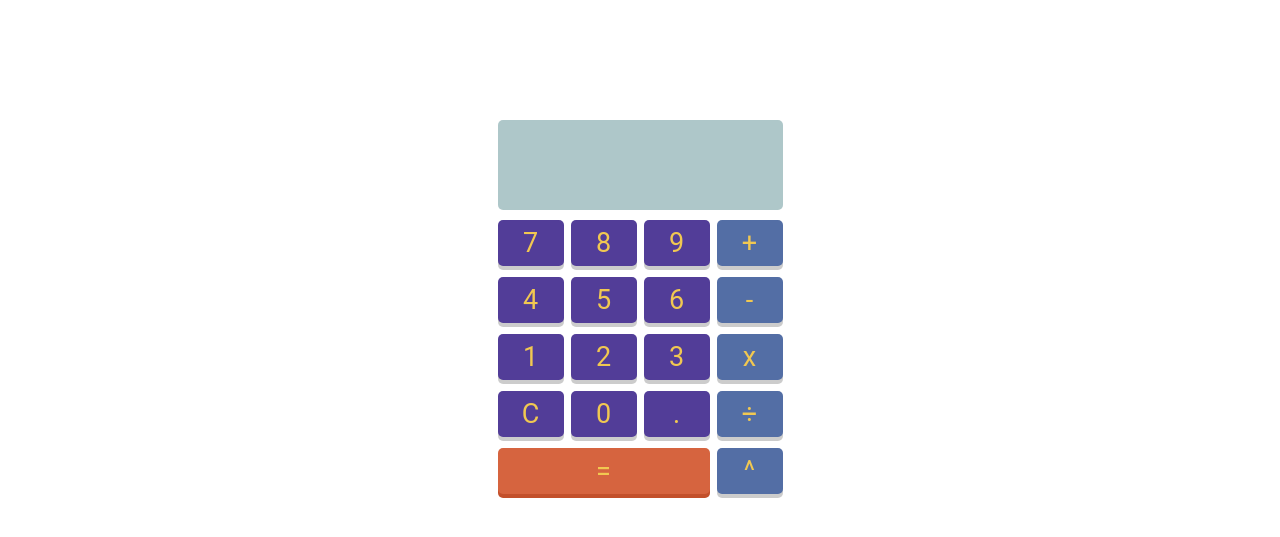
Repository: arjay07/AlineNotebook
Page: app/views/calculator.html
The author's editor kept a record of every edit. The page is drawn from the files as they stood at one moment, then again after the next edit.
The browser window is 1280 px wide. The pictures show the whole page.

Above is the page before.

After the next edit:
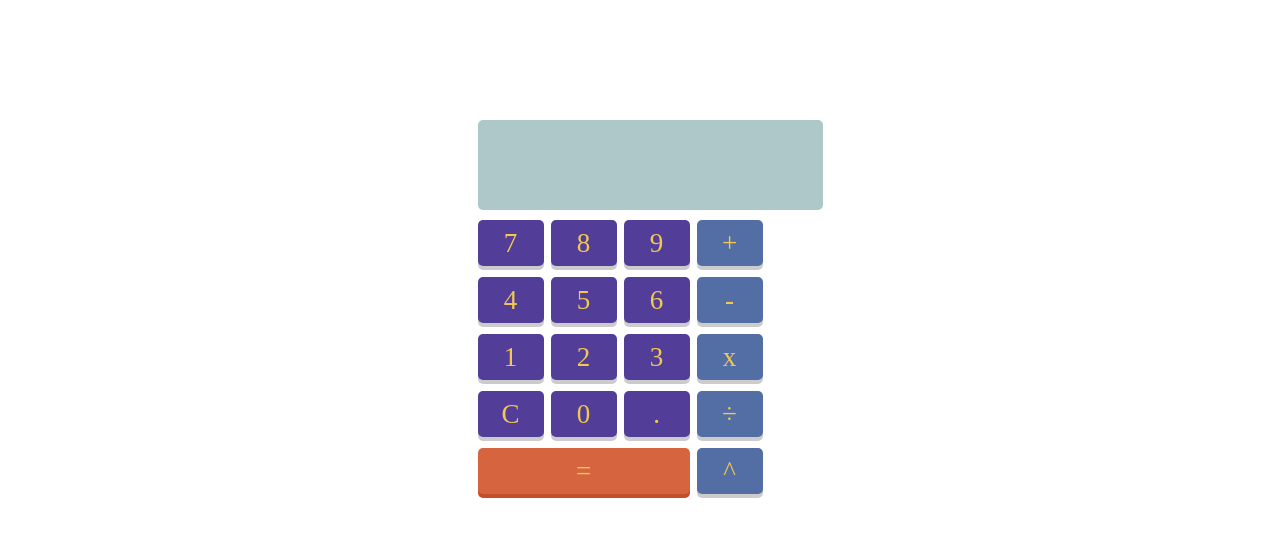
The edit:
--- a/app/views/calculator.html
+++ b/app/views/calculator.html
@@ -1,16 +1,5 @@
 <div id="calculator" role="application">
 	<style>
-		/* Basic reset */
-* {
-	margin: 0;
-	padding: 0;
-	box-sizing: border-box;
-
-	/* Text styling */
-	font: 400 46px "Roboto", sans-serif;
-  color:#fff;
-  text-align:center;
-}
 
 /* Calculator */
 #calculator {
